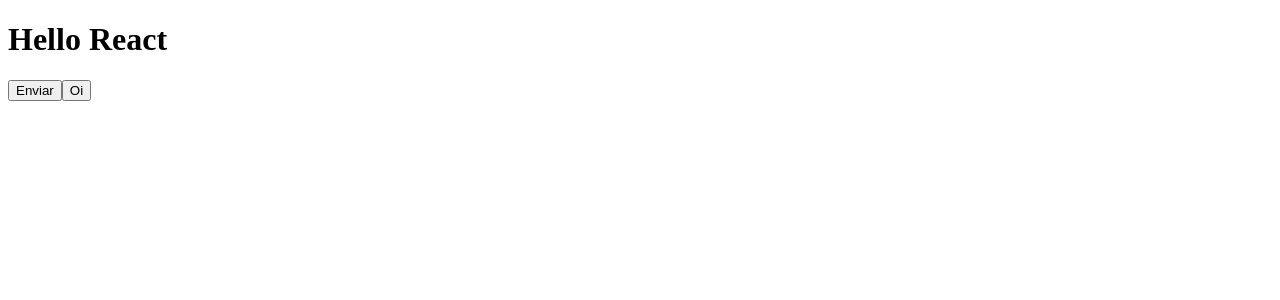
Repository: guilhermecardoso93/explorer-lab-01
Page: / (app in Desktop/nlwreturn/web/)
These files come from the project's save history. The page is drawn as it stood at one moment and after the next save; the edit follows.
The browser window is 1280 px wide. The pictures show the whole page.
The project was rebuilt for these pictures with package versions that can differ from the ones it lists, and the page was loaded fresh each time. Also part of the build but not shown: Desktop/nlwreturn/web/vite.config.ts.

Above is the page before, as saved 2022-05-02 20:41:40.

After the next save:
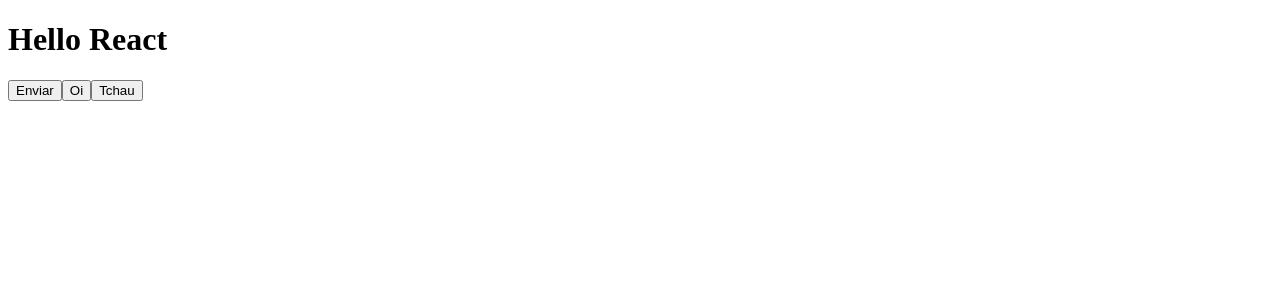
Saved 8 s later.
--- a/Desktop/nlwreturn/web/src/App.tsx
+++ b/Desktop/nlwreturn/web/src/App.tsx
@@ -12,6 +12,7 @@
       <h1>Hello React</h1>
       <Button text="Enviar"/>
       <Button text="Oi"/>
+      <Button text="Tchau"/>
     </>
   );
 }
